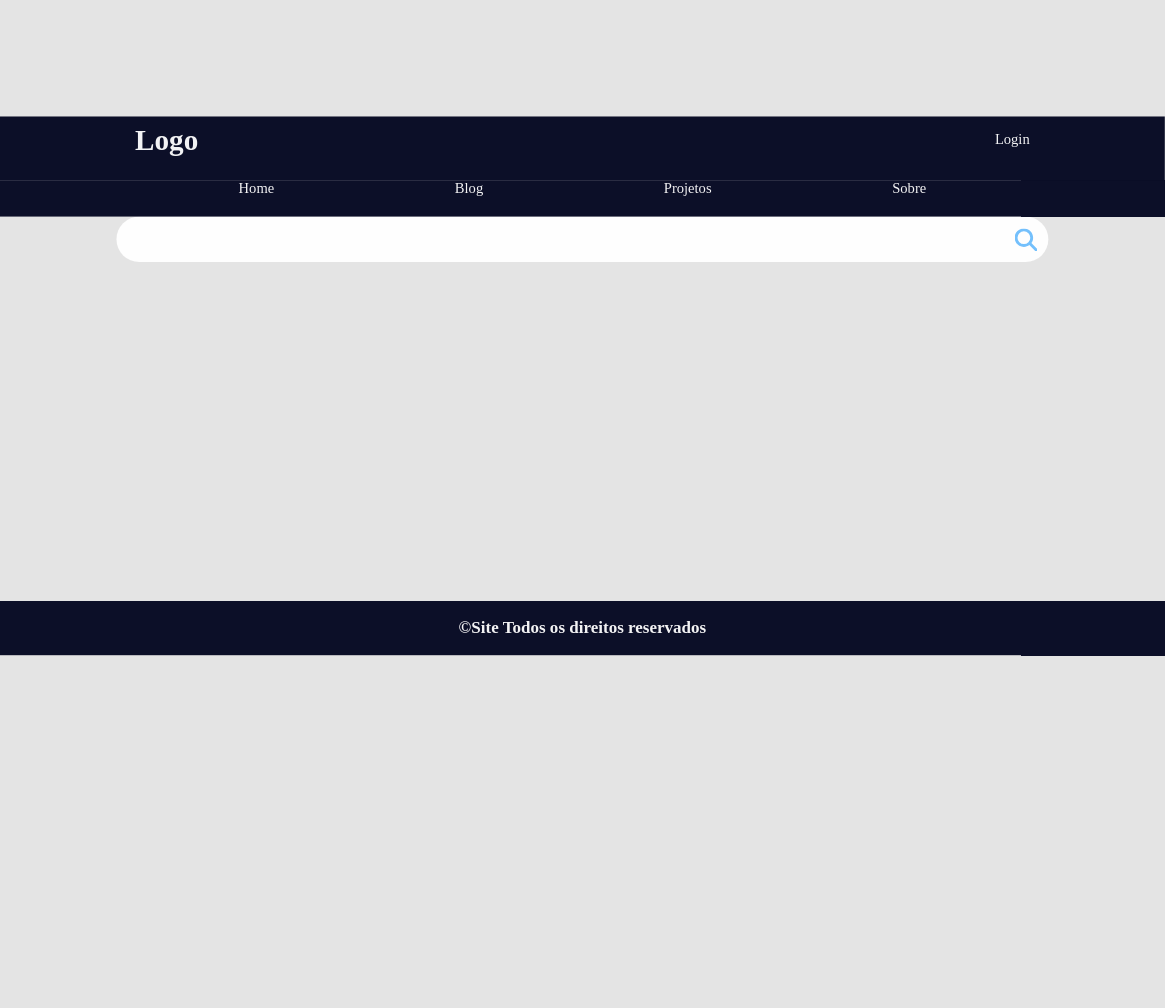
Repository: SauloMorais01/mysitefront-end
Page: src/pages/blog.html
An editor plug-in stored every save of this project. The page is shown before and after the next save, followed by the edit.
The browser window is 1280 px wide. The pictures show the whole page, at 91% of full size.
Some web libraries are served in a nearby version.

Above is the page before, as saved 2024-11-03 13:48:56.

After the next save:
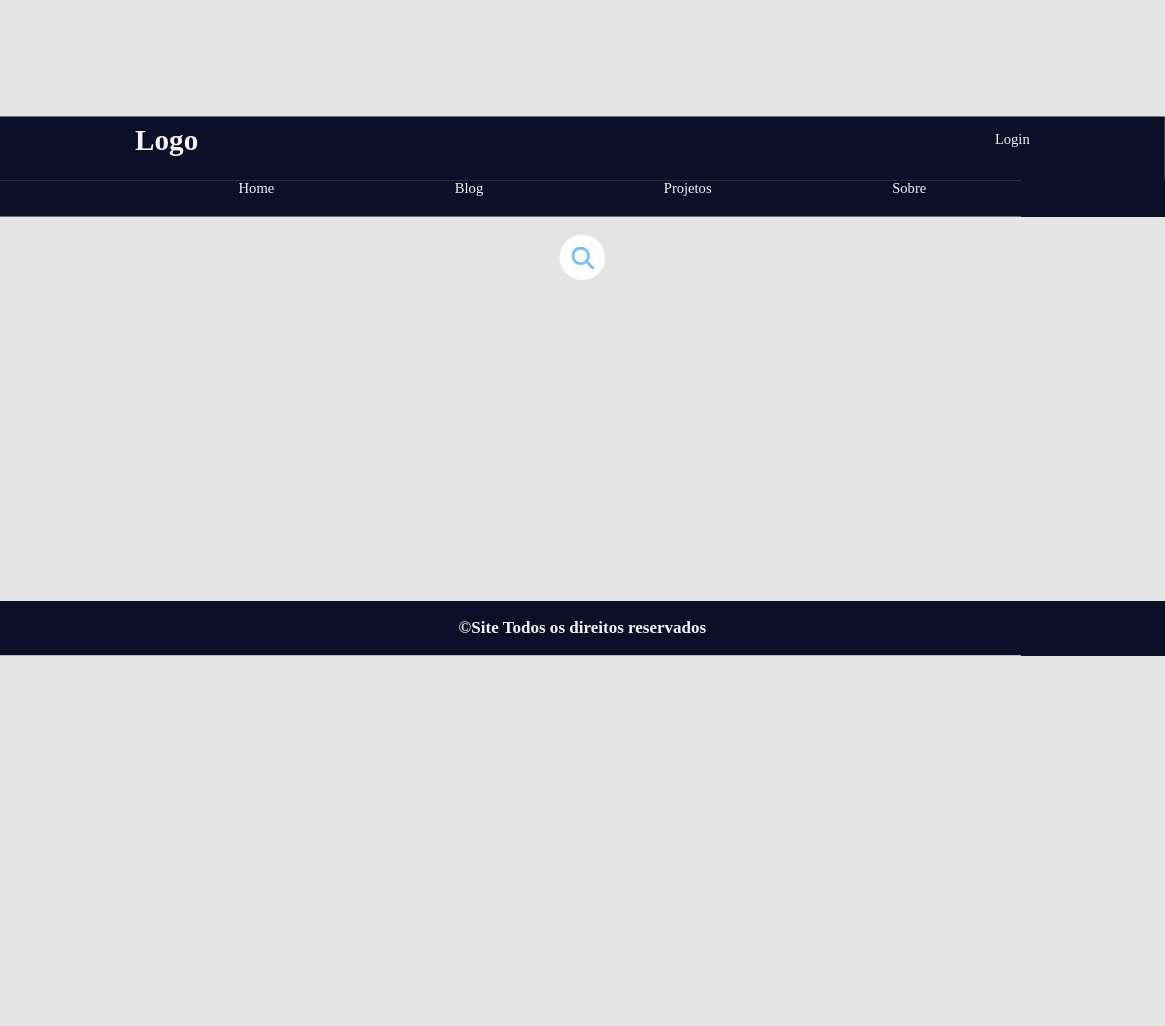
Saved 13 s later.
--- a/src/pages/blog.html
+++ b/src/pages/blog.html
@@ -54,16 +54,16 @@
     </section>
 
     <div class="container">
-        <!-- <div class="search-item"> -->
+        <div class="search-item">
             <div class="search-box">
-                <input type="text" placeholder="Pesquisar..." class="search-text" name="search" id="search-text">
+                <input type="text" placeholder="Pesquisar..." class="search-text" name="search" id="search">
                 <a class="search-btn">
                     <img class="btn-blue" src="../img/icone/magnifying-glass-solid.svg" width="25" height="25" alt="pesquisar">
                     <img class="btn-white" src="../img/icone/magnifying-glass-solid-white.svg" width="25" height="25" alt="pesquisar">
                 </a>
             </div>
         </div>
-    <!-- </div> -->
+    </div>
 
     <main>
 
